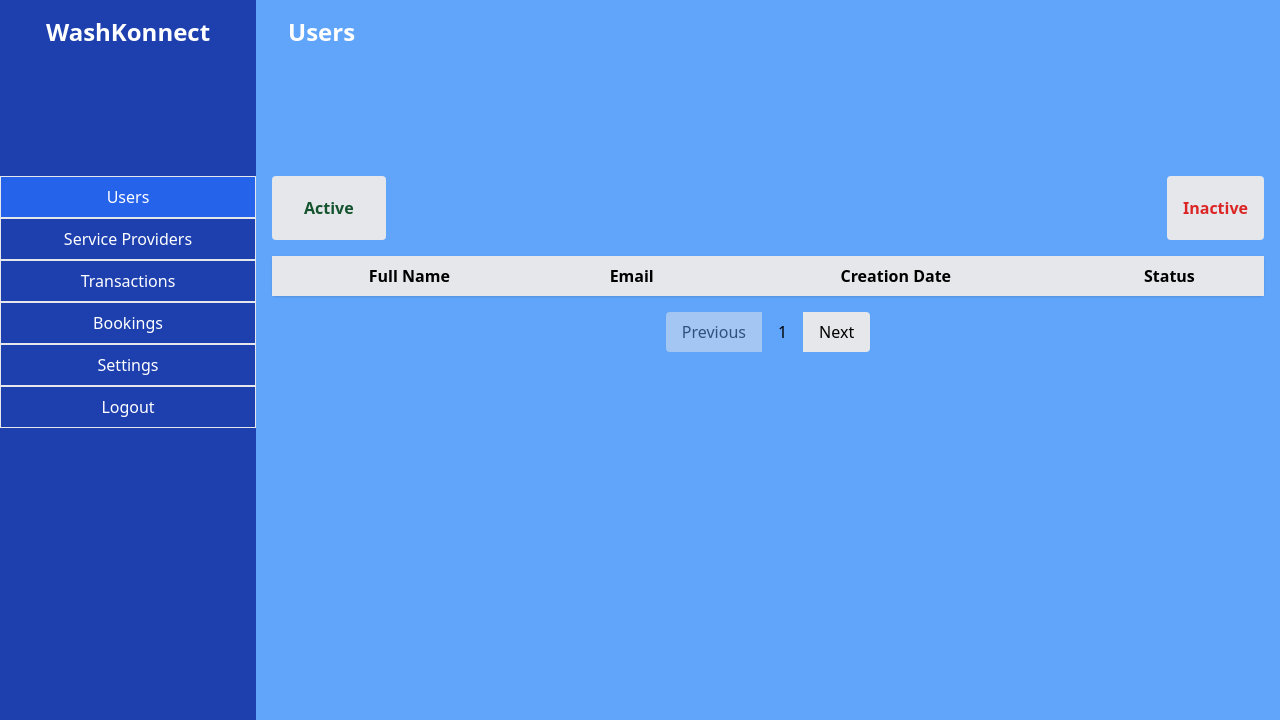
Repository: TEKVOLUTION-LTD/Admin-washKonnect
Page: /dashboard/users (app in Admin-WashKonnect/)
The author's editor kept a copy of each file at every save. The page is drawn from the files as they stood at one save, then again after the next save.
The browser window is 1280 px wide. The pictures show the whole page.
The page's requests for data from a server got no answer. The project was rebuilt for these pictures with package versions that can differ from the ones it lists, and the page was loaded fresh each time. No one was signed in, and anything a server would have sent is missing. Also part of the build but not shown: Admin-WashKonnect/vite.config.js, Admin-WashKonnect/src/pages/LoginPage.jsx, Admin-WashKonnect/src/pages/ServiceProviderPage.jsx, Admin-WashKonnect/src/pages/TransactionsPage.jsx, Admin-WashKonnect/src/pages/BookingsPage.jsx, Admin-WashKonnect/src/pages/SettingsPage.jsx, Admin-WashKonnect/src/pages/LogoutPage.jsx.

Above is the page before, as saved 2024-11-20 09:42:02.

After the next save:
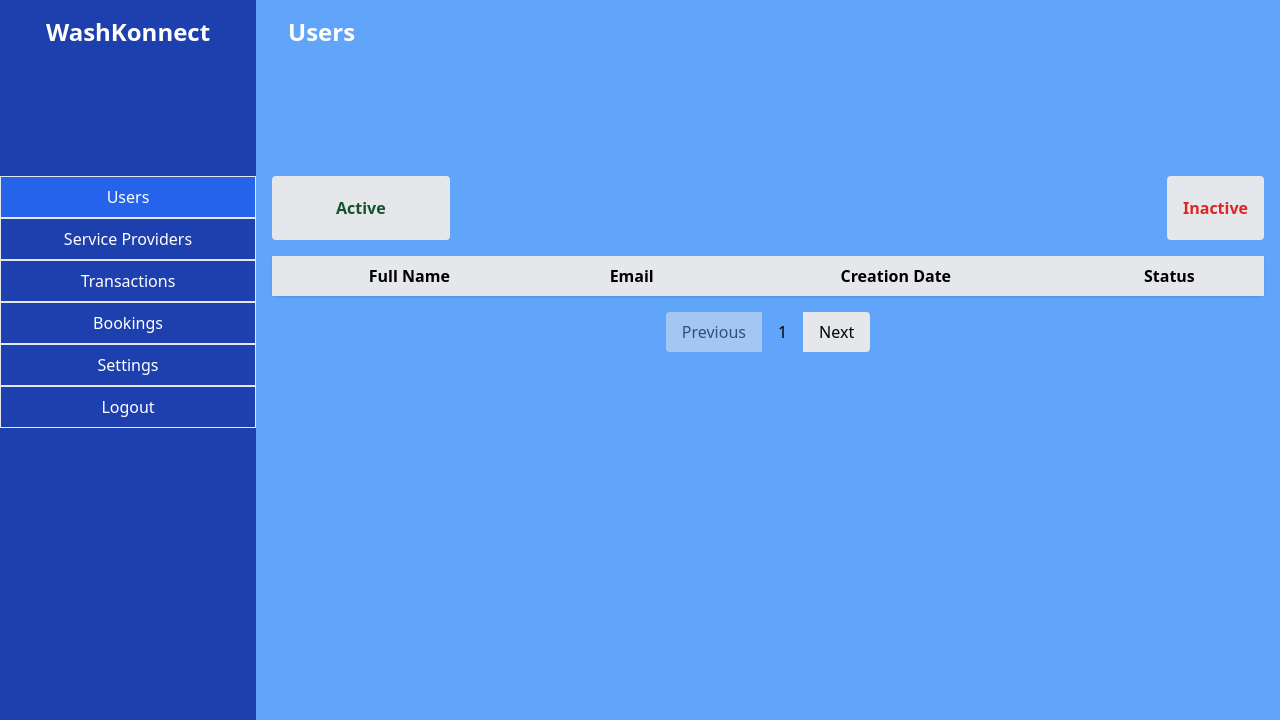
Saved 8 s later.
--- a/Admin-WashKonnect/src/components/UsersPage.jsx
+++ b/Admin-WashKonnect/src/components/UsersPage.jsx
@@ -30,7 +30,7 @@ const UserPage = () => {
 
         <button
           onClick={() => setFilter("active")}
-          className={`px-[2rem] py-5 rounded ${
+          className={`px-[4rem] py-5 rounded ${
             filter === "active" ? "bg-gray-200 text-green-900 font-bold" : "bg-gray-200 "
           }`}
         >
